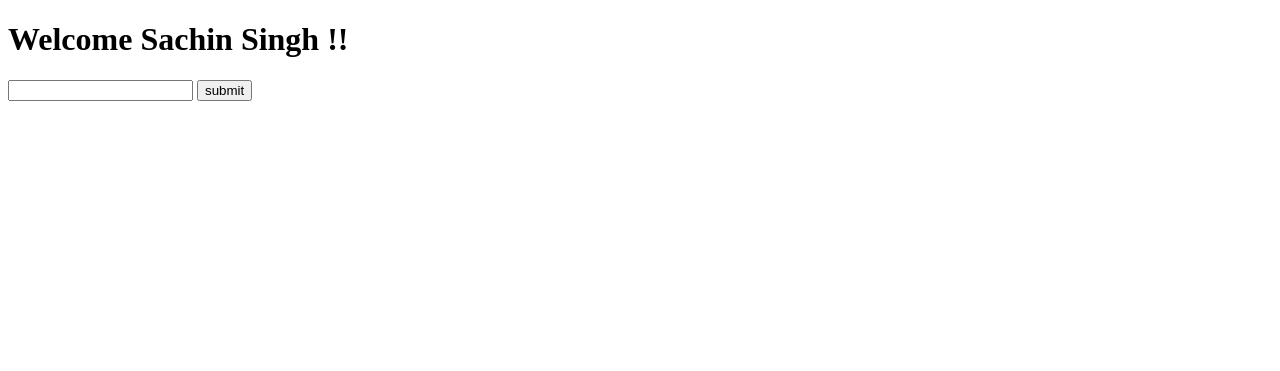
Repository: sachin3018/phase-2
Page: http://localhost/JSPServer/
These files come from the project's save history. The page is drawn as it stood at one moment and after the next save; the edit follows.
The browser window is 1280 px wide. The pictures show the whole page.
The page is served by Tomcat 9. Other server files are loaded and not shown.

Above is the page before, as saved 2021-10-17 17:21:40.

### JSPServer/src/main/webapp/index.jsp
<%@ page language="java" contentType="text/html; charset=ISO-8859-1"
    pageEncoding="ISO-8859-1"%>
<!DOCTYPE html>
<html>
<head>
<meta charset="ISO-8859-1">
<title>Insert title here</title>
</head>
<body>
<h1>Welcome Sachin Singh !!</h1>
<form action="jsp" method="get">
<input type="text" name="name">
<input type="submit" value="submit">
</form>
</body>
</html>

After the next save:
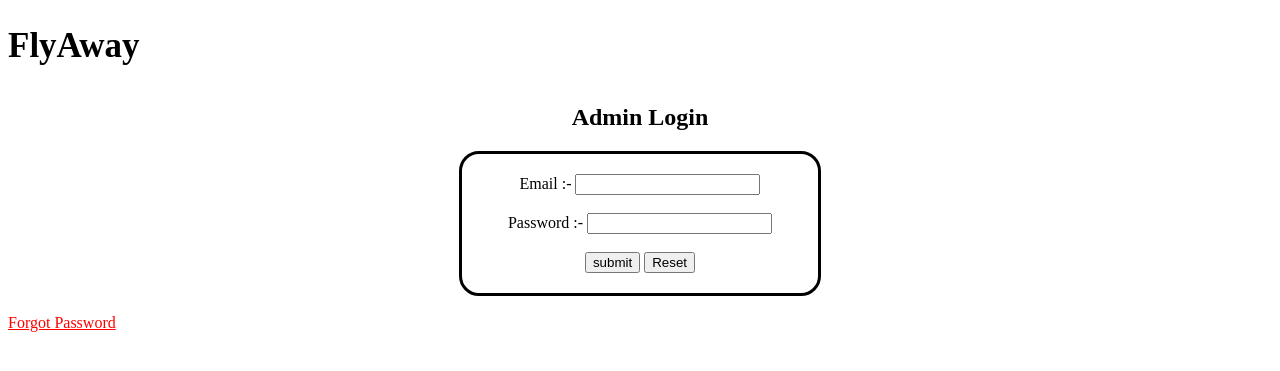
Saved 5 min 16 s later.
--- a/JSPServer/src/main/webapp/index.jsp
+++ b/JSPServer/src/main/webapp/index.jsp
@@ -4,13 +4,32 @@
 <html>
 <head>
 <meta charset="ISO-8859-1">
-<title>Insert title here</title>
+<title>Admin Page</title>
 </head>
-<body>
-<h1>Welcome Sachin Singh !!</h1>
-<form action="jsp" method="get">
-<input type="text" name="name">
-<input type="submit" value="submit">
+<body >
+<br>
+<a href=HomePage.jsp style="color:black;text-decoration:none ;font-size:35px;font-weight:bold;">FlyAway</a>
+<br><br>
+<center>
+<h2>Admin Login</h2>
+<div style="border:3px solid black;width:25%;border-radius:20px;padding:20px" align="center">
+<form action="AdminLogin" method="post">
+	<label for=email>Email :-</label> <input type="email" name=email id=email /><br><br>
+	<label for=pass>Password :-</label> <input type="password" name=password id=pass /><br><br>
+	<input type=submit value=submit /> <input type=reset />
 </form>
+</div>
+</center><br>
+<a href=ForgotPassword.jsp style="font-size:25;color:red;">Forgot Password</a>
+
+<%
+	String message=(String)session.getAttribute("message");
+	if(message!=null){
+%>
+<p style="color:silver;"><%=message %></p>
+<%
+		session.setAttribute("message", null);
+	}
+%>
 </body>
 </html>
